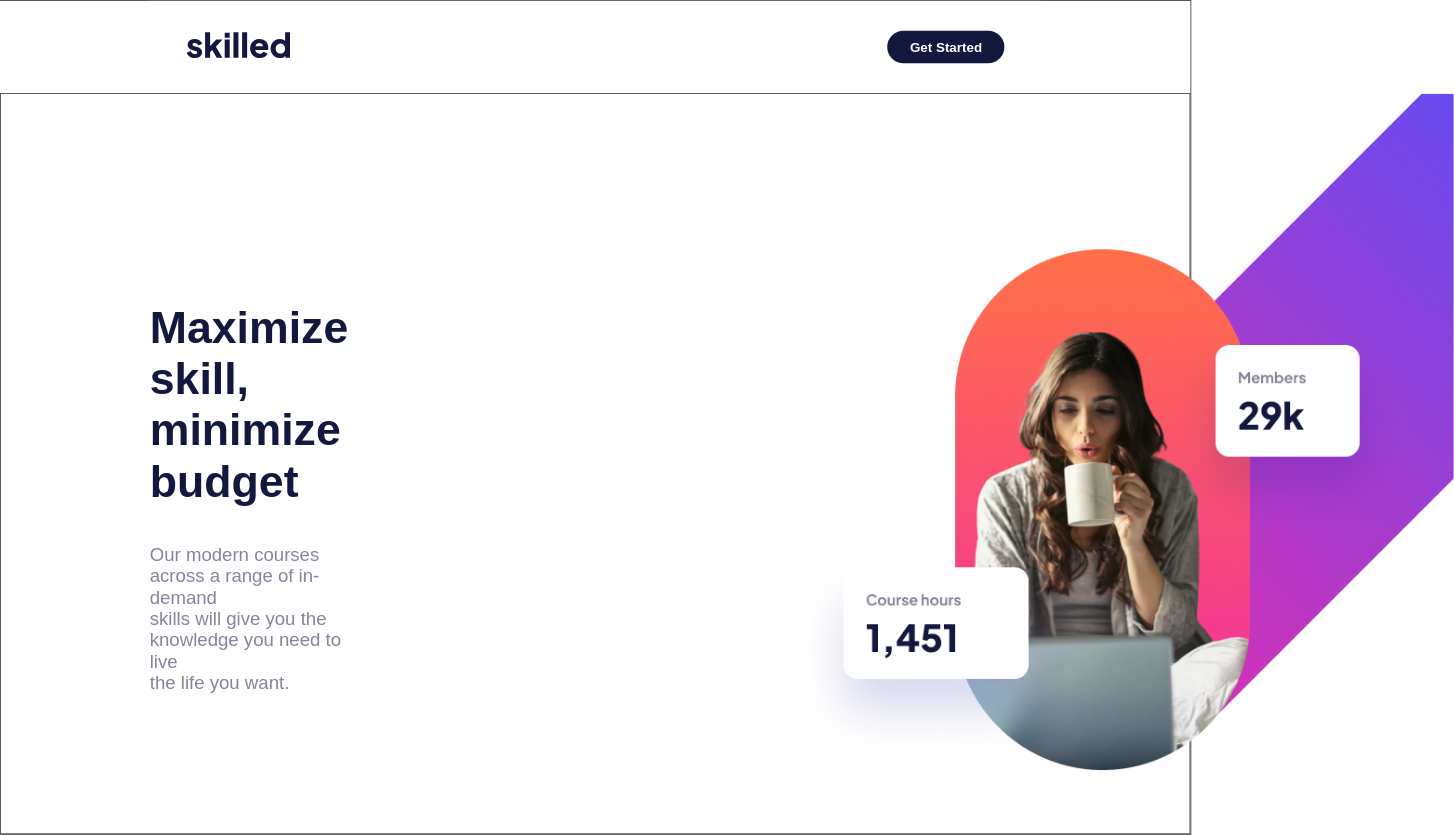
Repository: exe-walt/E-Learning-Landing-Page
Page: index.html
These files come from the project's save history. The page is drawn as it stood at one moment and after a run of saves; the edit follows.
The browser window is 1280 px wide. The page is 1563 px wide, then 1280 px, then 1563 px, so the pictures cover 1563 px, including what lies to the right of the window. The pictures show the whole page, at 93% of full size.
Some web fonts or font styles are not loaded; a fallback is used.

Above is the page before, as saved 2025-05-27 21:01:37.

After the next 2 saves:
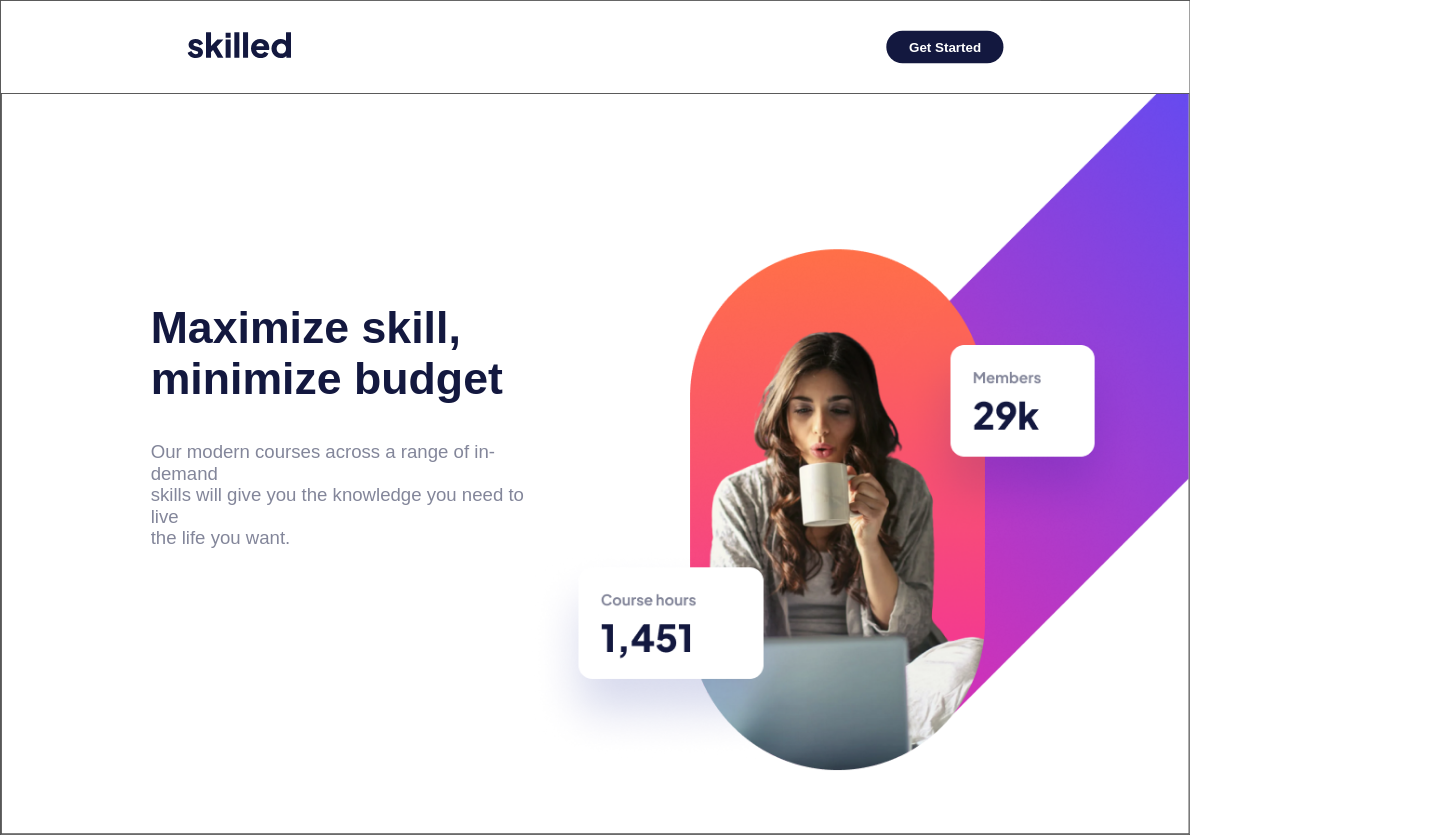
The 2 saves are shown as one change because they came seconds apart.
The last was saved 24 s later.
--- a/css/style.css
+++ b/css/style.css
@@ -84,5 +84,5 @@ body {
 }
 
 .hero-image img{
-  margin-left: 29.9em;
+  justify-content: end;
 }

After the save that followed:
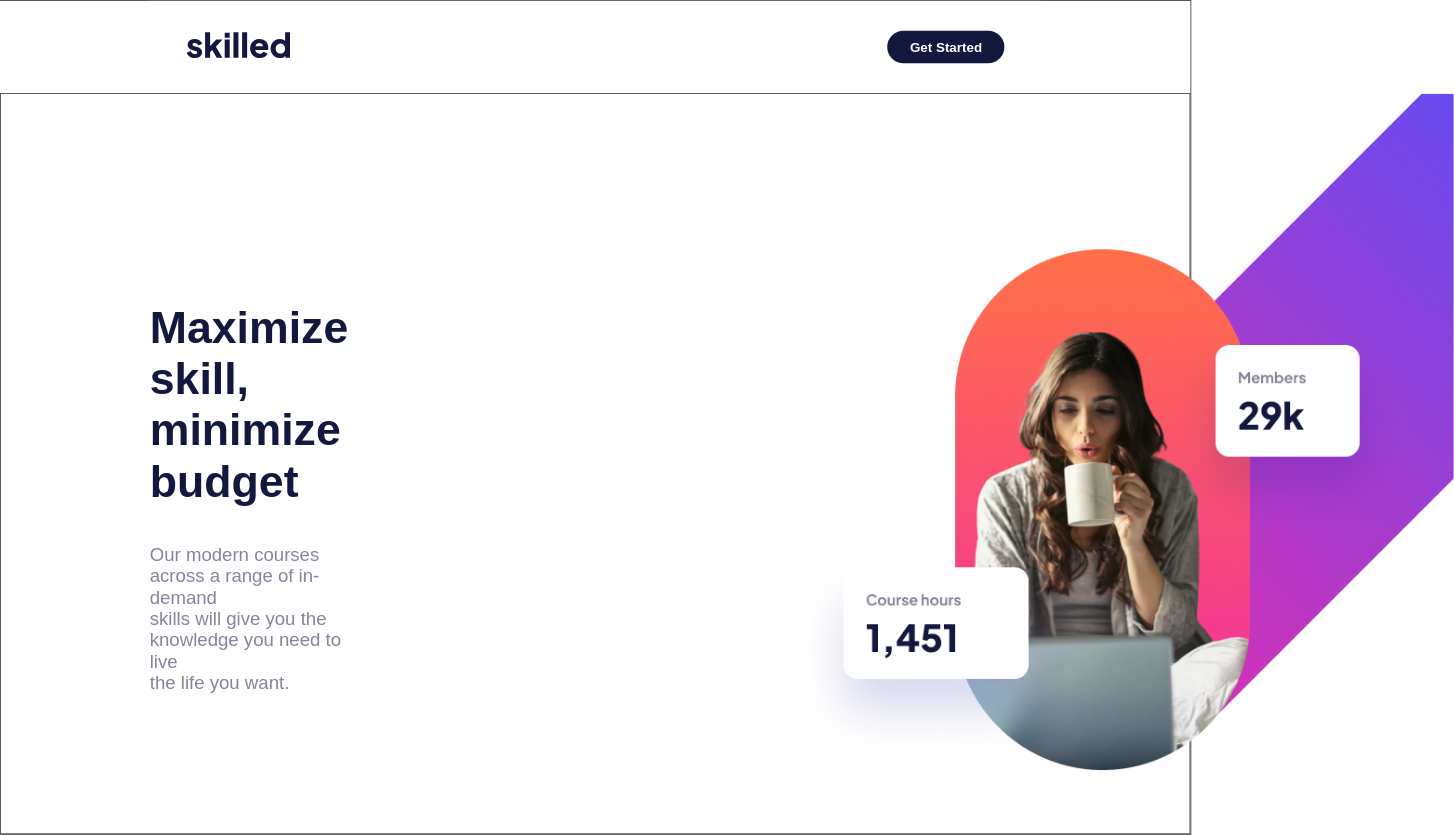
Saved 9 s later.
--- a/css/style.css
+++ b/css/style.css
@@ -84,5 +84,5 @@ body {
 }
 
 .hero-image img{
-  justify-content: end;
+  margin-left: 29.9em;
 }
